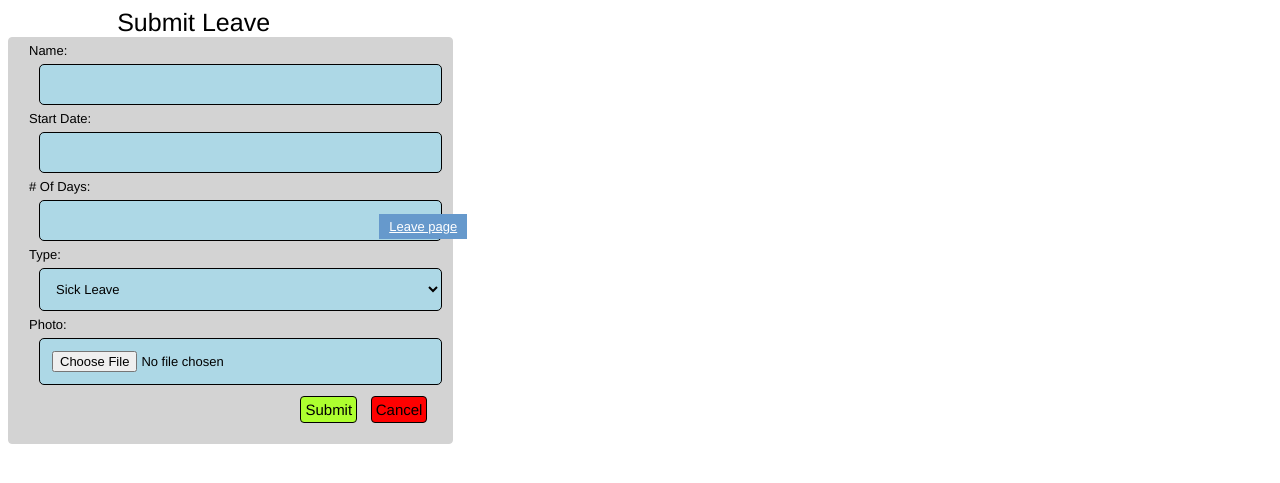
Repository: Murad71/BasicCRUD
Page: index.html
These files come from the project's save history. The page is drawn as it stood at one moment and after the next save; the edit follows.
The browser window is 1280 px wide. The pictures show the whole page.

Above is the page before, as saved 2023-04-18 20:23:47.

### index.html
<!DOCTYPE html>
<html lang="en">
  <head>
    <meta charset="UTF-8" />
    <meta http-equiv="X-UA-Compatible" content="IE=edge" />
    <meta name="viewport" content="width=device-width, initial-scale=1.0" />
    <link rel="stylesheet" href="index.css" />
    <title>Leave Request</title>
  </head>
  <body>
    <div class="flex1">
      <form id="form1">
        <header>Submit Leave</header>
        <div class="container">
          <label for="name">Name:</label>
          <input type="text" id="name" name="name" />
          <br />
          <label for="startdate">Start Date:</label>
          <input type="text" id="startdate" name="startdate" />
          <br />
          <label for="days"># Of Days:</label>
          <input type="text" id="days" name="days" />
          <br />
          <label for="leaves">Type:</label>
          <select id="leave" name="leaves" required>
            <option value="Sick leave">Sick Leave</option>
            <option value="Early leave">Early Leave</option>
            <option value="Vacation leave">Vacation Leave</option>
            <option value="Other">Other</option>
          </select>
          <br />
          <label for="photo">Photo:</label>
          <input type="file" id="photo" name="photo"/>
          <div class="button-container">
            <input type="submit" value="Submit" id="submitButton"/>
            <input type="reset" value="Cancel" class="cancel" />
          </div>
        </div>
      </form>
      <div class="anchorContainer">
        <a href="index1.html"> Leave page</a>
        <!--Added the hyperlink here-->
      </div>
    </div>
    <script src="script.js"></script>
  </body>
</html>

### index.css
* {
  box-sizing: border-box;
  font-family: "Franklin Gothic Medium", "Arial Narrow", Arial, sans-serif;
  font-size: small;
}

.flex1
{
  align-items: center;
  display: flex;
}

.container {
  background-color: lightgray;
  padding: 5px 20px 15px 20px;
  border: 1px solid lightgray;
  border-radius: 4px;
  /* display: flex;
  flex-direction: column; */
  margin: 0 auto;
  width: 120%;
}

header {
  font-size: 25px;
  text-align: center;
}

input[type="text"],
input[type="file"],
select,
textarea {
  width: 100%;
  padding: 12px;
  margin: 6px;
  border: 1px solid;
  border-radius: 5px;
  margin-left: 10px;
  background-color: lightblue;
}

.button-container {
  text-align: right;
}

input[type="submit"],
input[type="reset"] {
  font-size: 15px;
  border: 1px solid;
  margin: 5px;
  padding: 4px;
  background-color: greenyellow;
  border-radius: 4px;
}

input[type="reset"].cancel {
  background-color: red;
}

.anchorContainer {
  text-align: right;
}

a {
  display: inline-block;
  background: #69c;
  color: #fff;
  padding: 5px 10px;
}

### script.js
let storage=JSON.parse(localStorage.getItem('store')) || [];
let index=JSON.parse(localStorage.getItem('rIndex')) || null;
const submitButtonCatch=document.getElementById("submitButton");
const img= new Image();

//after clicking the submit button
submitButtonCatch.addEventListener("click",() =>{
    const form=document.getElementById("form1");
    let object={};
    let flag=true;

    object["id"]= Date.now();
    for(let i=0;i<form.length;i++)
    {
        if(form.elements[i].name=="photo")
        {
            object[form.elements[i].name]= img.src;
        }
        else
        {
            object[form.elements[i].name]=form.elements[i].value;
        }
        if(form.elements[i].value=='')
        {
            flag=false;
            alert("WARNING: Fill all the given Input correctly.");
            break;
        }
        if(form.elements[i].name=="days" && (form.elements[i].value>7 || form.elements[i].value<1))
        {
            flag=false;
            alert("WARNING: Enter a valid number for vacation");
            break;
        }
    }

    if(flag)
    {
        alert("Your data has been submitted Successfully!!");
        if(index!=null)
        {
            storage[index]=object;
            index=null;
        }
        else storage.push(object);


        localStorage.setItem('store',JSON.stringify(storage));
        localStorage.setItem('rIndex',JSON.stringify(index));
        form.reset();
    }
});


//base64 conversion
const fileEl= document.getElementById('photo');
fileEl.addEventListener('change', () =>{

    const fr= new FileReader();
    fr.readAsDataURL(fileEl.files[0]);

    fr.addEventListener('load', ()=>{

        const url= fr.result;
        img.src= url;

    });

});


console.log(storage);



// let submitButtonClicked=document.getElementById("submitButton");
// let indx=0;
// let flag= true;
// let obj={};

// submitButtonClicked.addEventListener('click',() =>{

//     const form= document.getElementById('form1');
//     obj["id"]= indx;
//     indx++;
//     for(let i=0; i<form.length; i++)
//     {
//         obj[form.elements[i].name]=form.elements[i].value;
//         if(form.elements[i].value=='')
//         {
//             flag=false;
//             alert("WARNING: Fill all the given Input correctly.");
//             break;
//         }
//         if(form.elements[i].name=="days" && (form.elements[i].value>7 || form.elements[i].value<1))
//         {
//             flag=false;
//             alert("WARNING: Enter a valid number for vacation");
//             break;
//         }
//     }

//     if(flag)
//     {
//         alert("Data entered successfully!");
//         insertData();
//     }

// });


// function intertData()
// {
//     const table = document.getElementsByClassName("tbody1")[0];
//           var row=document.createElement('tr');
//            row.innerHTML = `<td>${obj.name}</td>
//                 <td>${obj.startdate}</td>
//                 <td>${obj.days}</td>
//                 <td>${obj.leaves}</td>
//                 <td><img id="img" src=${obj.photo} alt=""></td>
//                 <td><a href="index.html" id="edit">Edit</a> <input type='button' value= 'Reject' name=${obj.id} id="reject"/></td>`;
//             table.appendChild(row);
// }

After the next save:
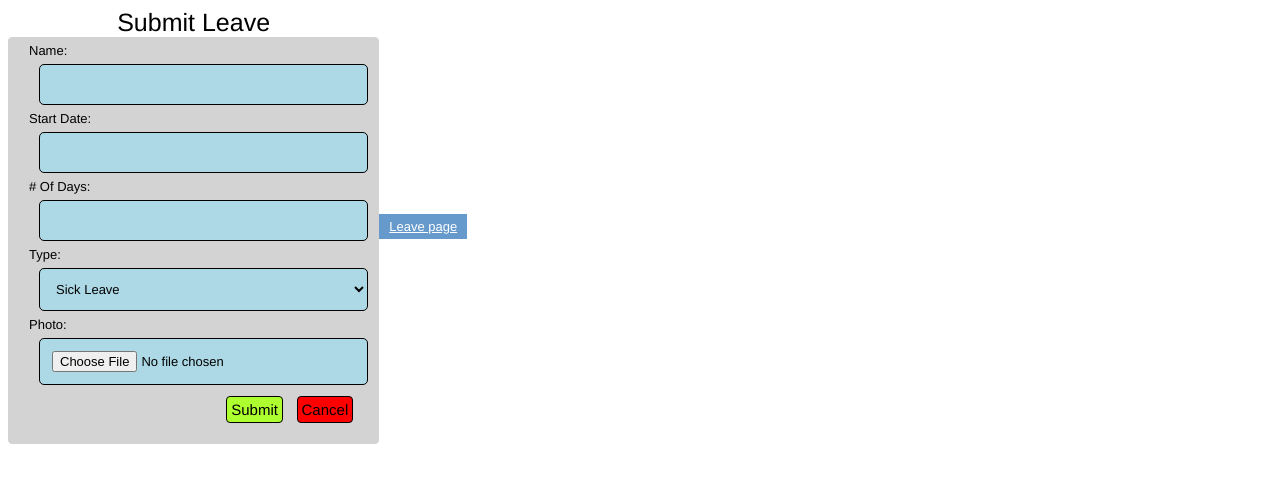
Saved 5 s later.
--- a/index.css
+++ b/index.css
@@ -18,7 +18,7 @@
   /* display: flex;
   flex-direction: column; */
   margin: 0 auto;
-  width: 120%;
+  width: 100%;
 }
 
 header {
